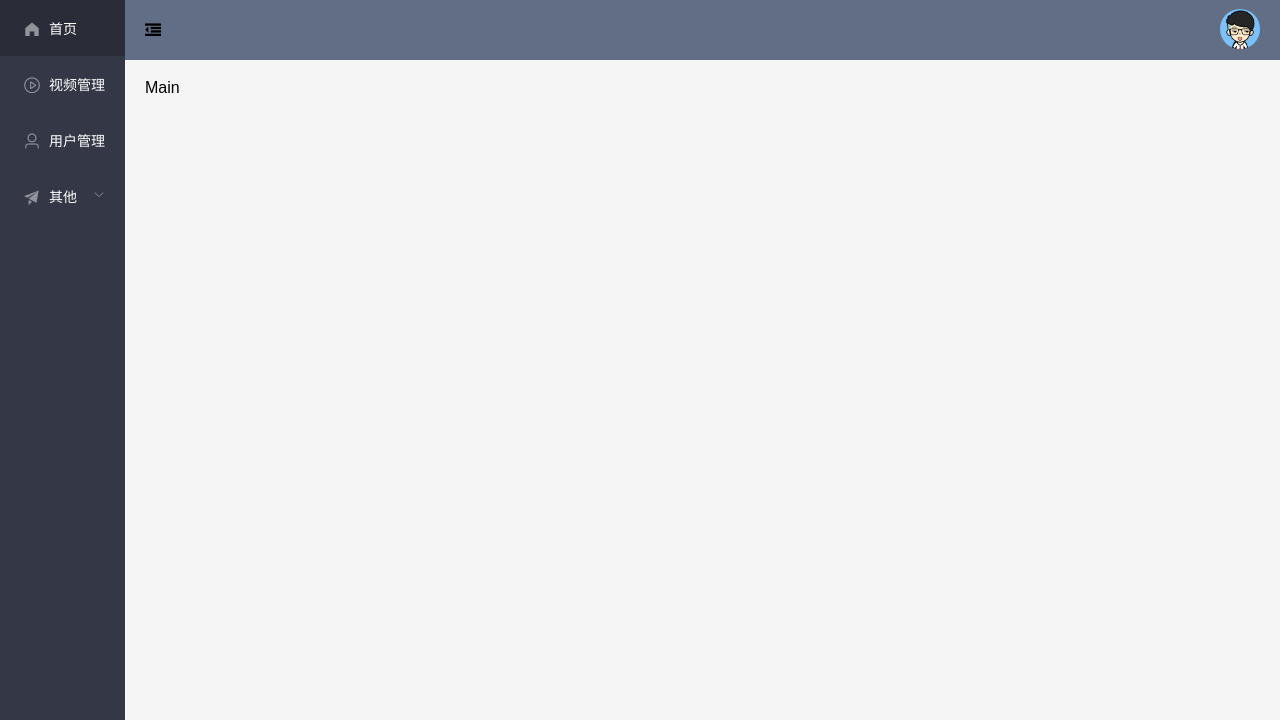
Repository: coWhy/vue-manage
Page: /
The author's editor kept a copy of each file at every save. The page is drawn from the files as they stood at one save, then again after the next save.
The browser window is 1280 px wide. The pictures show the whole page.
The project was rebuilt for these pictures with package versions that can differ from the ones it lists, and the page was loaded fresh each time. Also part of the build but not shown: vue.config.js.

Above is the page before, as saved 2020-04-13 16:21:17.

After the next save:
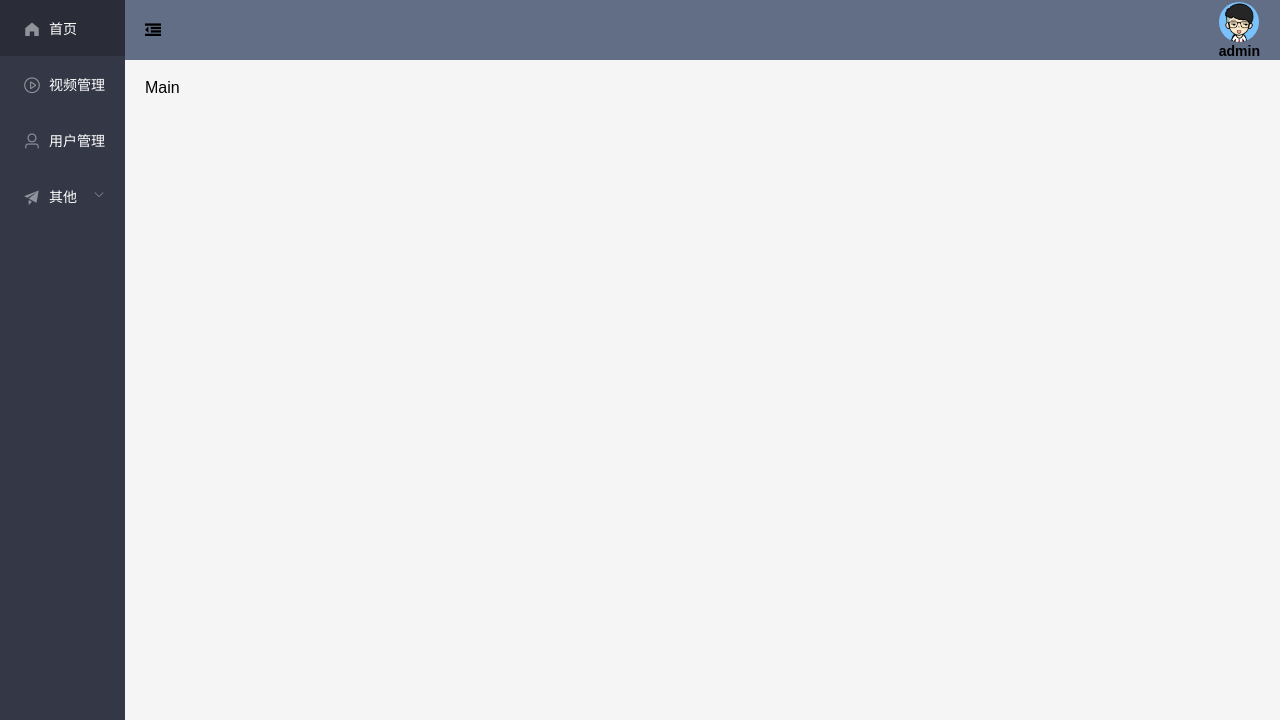
Saved 12 s later.
--- a/src/views/layout/components/header/index.vue
+++ b/src/views/layout/components/header/index.vue
@@ -10,7 +10,7 @@
         <span class="el-dropdown-link">
           <!-- 用户头像 和 用户名 动态获取 -->
           <img :src="userInfo.avatar" class="avatar" />
-          <span class="name">{{ avatarName }}</span>
+          <span class="name">{{ userInfo.name }}</span>
         </span>
         <el-dropdown-menu slot="dropdown">
           <el-dropdown-item>个人中心</el-dropdown-item>

After the save that followed:
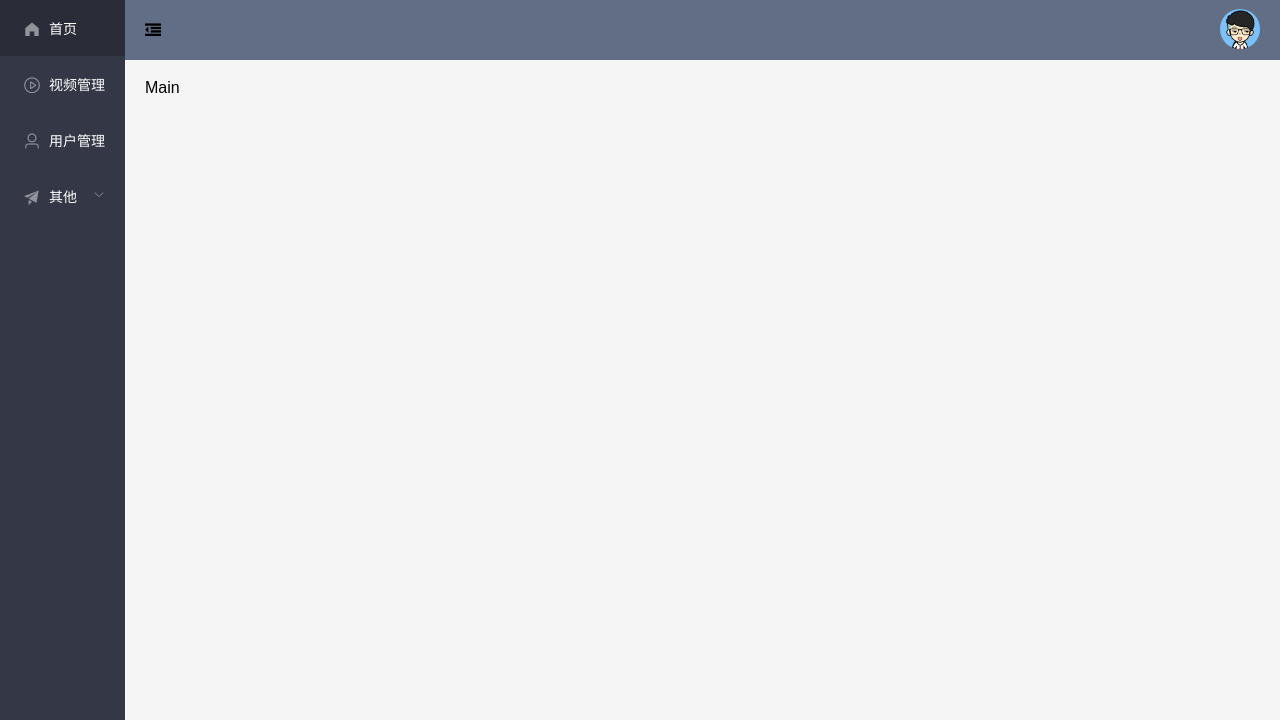
Saved 37 s later.
--- a/src/views/layout/components/header/index.vue
+++ b/src/views/layout/components/header/index.vue
@@ -27,7 +27,7 @@ export default {
     return {
       // 用户信息
       userInfo: {
-        name: 'admin',
+        username: 'admin',
         avatar: require('@/assets/images/user.png')
       }
     }
